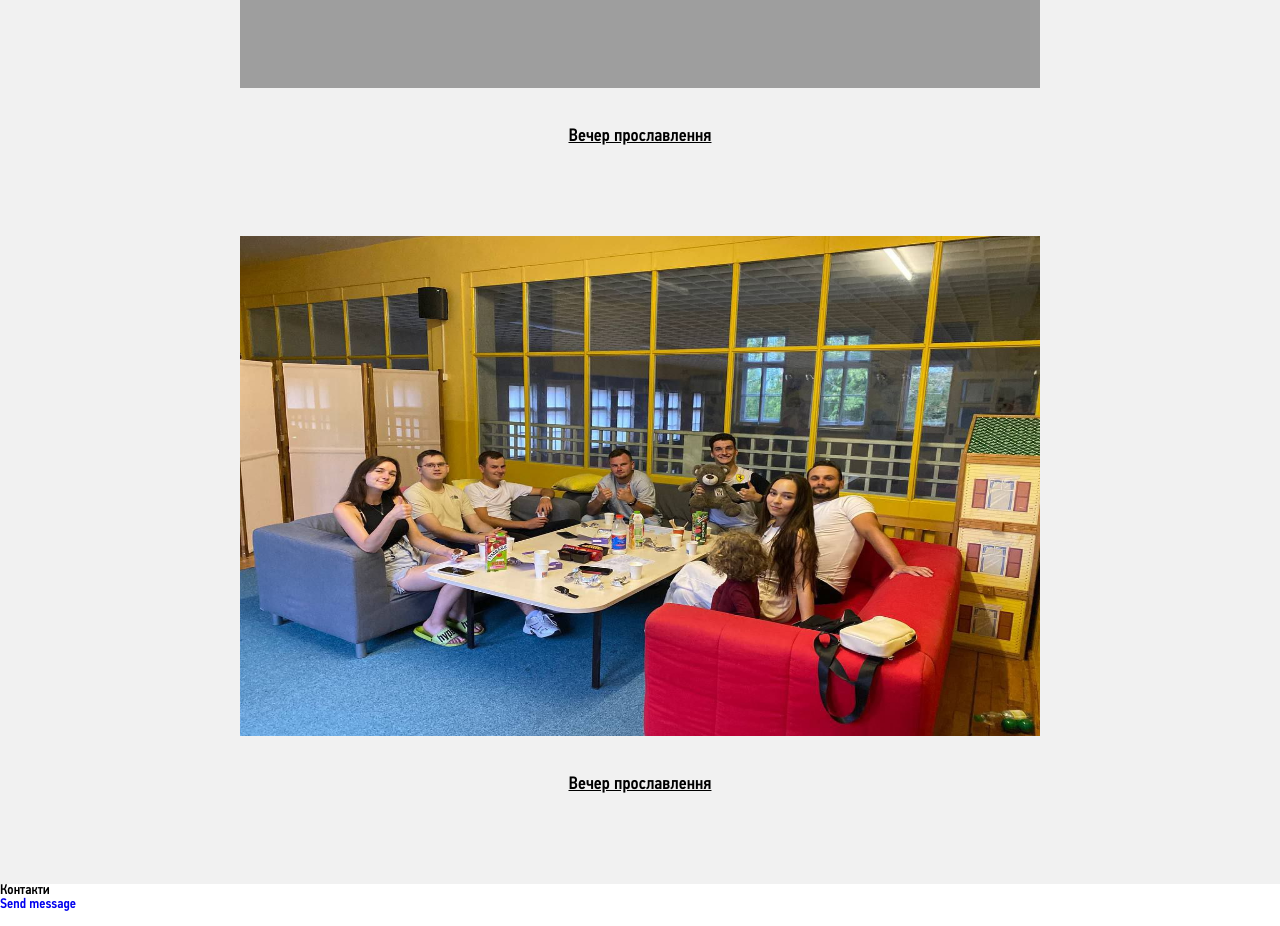
Repository: Bohdan-Sandovenko/youth-project
Page: index.html
These files come from the project's save history. The page is drawn as it stood at one moment and after the next save; the edit follows.
The browser window is 1280 px wide. The pictures show the part of the page from y = 2342 to 3294 px (the page is 3268 px tall before and 3294 px after).
Pictures or frames that could not be fetched are drawn as grey boxes. Some web fonts or font styles are not loaded; a fallback is used. The style sheet was rebuilt from its Sass, Less or Tailwind sources for each picture, by a compiler version that may differ from the author's.

Above is the page before, as saved 2024-09-23 20:11:20.

### index.html
<!DOCTYPE html>
<html lang="en">
<head>
    <meta charset="UTF-8">
    <meta name="viewport" content="width=device-width, initial-scale=1.0">
    <title>Pharos - Christian youth</title>
    <link rel="stylesheet" href="css/style.css">
    <link rel="stylesheet" href="css/media.css">
</head>
<body>
    <header class="header">
        <div class="container">
            <!--Header nav-->
            <div class="header-nav">
                <a href="#!" class="logo">Pharos</a>
                <nav class="nav">
                    <ul class="nav-list">
                        <li class="nav-item"><a href="" class="nav-link">Главная</a></li>
                        <li class="nav-item"><a href="" class="nav-link">О Нас</a></li>
                        <li class="nav-item"><a href="" class="nav-link">Фотогалерея</a></li>
                        <li class="nav-item"><a href="" class="nav-link">Контакты</a></li>
                    </ul>
                </nav>
            </div>
            <!--header content-->
            <div class="header-row">
                <div class="header-content">
                    <h1 class="header-heading">Молодіжка в Ґданську</h1>
                    <p>Щосуботи о 19:00 Generała Henryka Dąbrowskiego 11</p>
                </div>
                <div class="header-img">
                    <img src="./img/cross-chrisitian.png" alt="">
                </div>
            </div>
        </div>
    </header>
    <section class="services">
        <div class="container">
            <div class="services-row">
                <div class="service-card">
                    <img class='service-card-img'src="./img/icons/bible.png" alt="">
                    <h3 class="service-card-title">Проповіді</h3>
                </div>

                <div class="service-card">
                    <img class='service-card-img' src="./img/icons/sing-song.png" alt="">
                    <h3 class="service-card-title">Прославлення</h3>
                </div>

                <div class="service-card">
                    <img class='service-card-img' src="./img/icons/active-games.png" alt="">
                    <h3 class="service-card-title">Вільний час</h3>
                </div>
            </div>
        </div>
    </section>
    <section class="images">
        <div class="container">
            <div class="images-title">
                <h2 class="title-1">Чим ми займаємося?</h2>
            </div>
            <div class="images-about-us">
                <img src="img/sermons.jpg" alt="" class="about-image">
                <h3 class="worhip-title"><a href="#!">Вечер прославлення</a></h3>
            </div>

            <div class="images-about-us">
                <img src="img/worship.JPG" alt="" class="about-image">
                <h3 class="worhip-title"><a href="#!">Вечер прославлення</a></h3>
            </div>

            <div class="images-about-us">
                <img src="img/young-conversation.jpg" alt="" class="about-image">
                <h3 class="worhip-title"><a href="#!">Вечер прославлення</a></h3>
            </div>
        </div>
    </section>
    <footer class="contacts">
        <div class="container">
            <div class="contacts-title">
                <h2 class="title-1">Контакти</h2>
            </div>
            <div class="contacts-button">
                <a href="#!" class="btn">Send message</a>
            </div>
            <div class="contacts-social">
                <a href=""><img src="" alt=""></a>
            </div>
        </div>
    </footer>
    <script src="./js/main.js"></script>
</body>
</html>

### css/style.scss
@import "nullstyles.scss";

@font-face {
    font-family: 'Poppins';
    src: url('../fonts/Poppins/PFDinTextCondPro-Medium.woff2') format('woff2');
    font-weight: 900;
    font-style: bold;
    font-display: swap;
}

@font-face {
    font-family: 'Permanent Marker';
    src: url('../fonts/Permanent/PermanentMarker-Regular.woff2') format('woff2');
    font-weight: normal;
    font-style: normal;
    font-display: swap;
}

body {
    color: black;
    font-family: 'Poppins', sans-serif;

    .header {
        padding: 46px 0px 0px 0px;
        background-color: #F1F1F1;

        .container {
            max-width: 1230px;
            padding: 0 30px;
            margin: 0 auto;

            .header-nav {
                display: flex;
                justify-content: space-between;
                align-items: flex-end;
                margin-bottom: 76px;

                .logo {
                    font-family: 'Permanent Marker';
                    font-weight: 700;
                    font-size: 40px;
                    color: black;
                }

                .nav-list {
                    display: flex;
                    column-gap: 50px; //оступы между элементами
                    font-size: 14px;

                    .nav-item {
                        .nav-link {
                            color: black;

                            &:hover {
                                color: #606060;
                            }
                        }
                    }
                }
            }

            .header-row {
                display: flex;
                justify-content: space-between;
                column-gap: 30px;

                .header-content {
                    max-width: 500px;
                    align-self: center;

                    .header-heading {
                        font-weight: 600;
                        margin-bottom: 20px;
                        font-size: 44px;
                    }

                    p {
                        line-height: 2;
                    }
                }
            }
        }
    }

    //Service
    .services {
        padding: 90px 0px;

        .container {
            display: flex;
            justify-content: center;

            .services-row {
                display: flex;
                column-gap: 40px;

                .service-card {


                    .service-card-img {
                        height: 70px;
                        width: 70px;
                        margin-bottom: 30px;
                    }

                    .service-card-title {
                        font-weight: 600;
                        font-size: 24px;
                        margin-bottom: 10px;
                        text-transform: uppercase;
                    }

                    & p {
                        line-height: 2;
                    }
                }
            }
        }
    }
}

//images
.images {
    background-color: #F1F1F1;
    padding: 90px 0px;

    .container {
        .images-title {
            text-align: center;
            margin-bottom: 70px;

            .title-1 {
                font-size: 34px;
                font-weight: 600;
            }
        }

        .images-about-us {
            text-align: center;

            &+.images-about-us {
                margin-top: 90px;
            }

            .about-image {
                height: 500px;
                width: 800px;
                margin-bottom: 40px;
            }

            .worhip-title {
                font-size: 18px;

                & a {
                    color: #000;
                    text-decoration: underline;
                }
            }
        }
    }
}

### css/nullstyles.scss
* {
    padding: 0;
    margin: 0;
    border: 0;
}


*,
*:before,
*:after {
    -webkit-box-sizing: border-box;
    -moz-box-sizing: border-box;
    box-sizing: border-box;
}


:focus,
:active {
    outline: none;
}

a:focus,
a:active {
    outline: none;
}


nav,
footer,
header,
aside {
    display: block;
}


html,
body {
    height: 100%;
    width: 100%;
    font-size: 100%;
    line-height: 1;
    font-size: 14px;
    -ms-text-size-adjust: 100%;
    -moz-text-size-adjust: 100%;
    -webkit-text-size-adjust: 100%;
}


input,
button,
textarea {
    font-family: inherit;
}


input::-ms-clear {
    display: none;
}

button {
    cursor: pointer;
}

button::-moz-focus-inner {
    padding: 0;
    border: 0;
}

a,
a:visited {
    text-decoration: none;
}

a:hover {
    text-decoration: none;
}

ul li {
    list-style: none;
}

img {
    vertical-align: top;
}

h1,
h2,
h3,
h4,
h5,
h6 {
    font-size: inherit;
    font-weight: 400;
}

Loaded but not shown: js/main.js (no stored copy; drawn as an empty file); css/media.scss (no stored copy; drawn as an empty file)

After the next save:
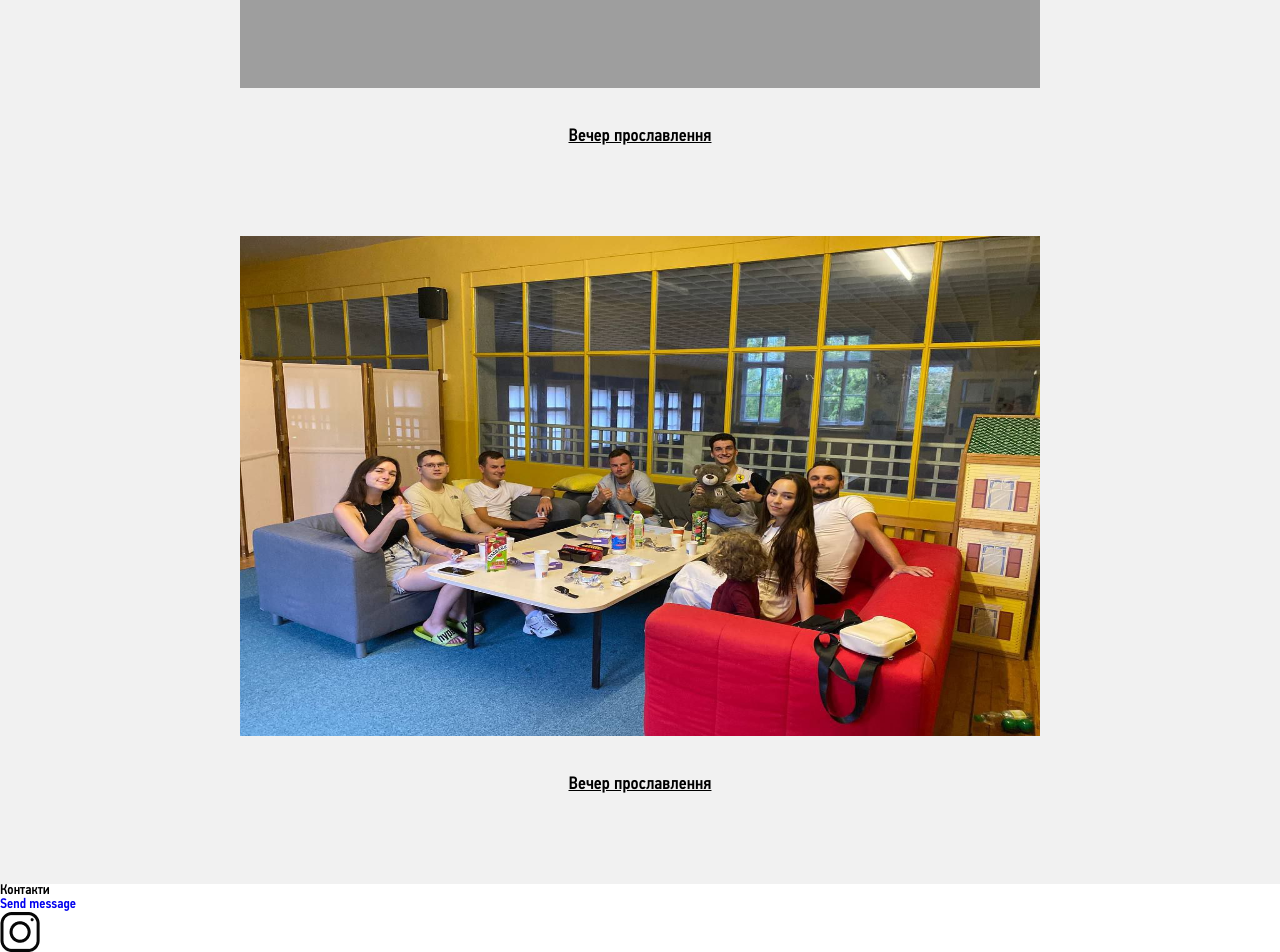
Saved 13 s later.
--- a/index.html
+++ b/index.html
@@ -84,7 +84,7 @@
                 <a href="#!" class="btn">Send message</a>
             </div>
             <div class="contacts-social">
-                <a href=""><img src="" alt=""></a>
+                <a href=""><img src="./img/instagram.png" alt=""></a>
             </div>
         </div>
     </footer>
